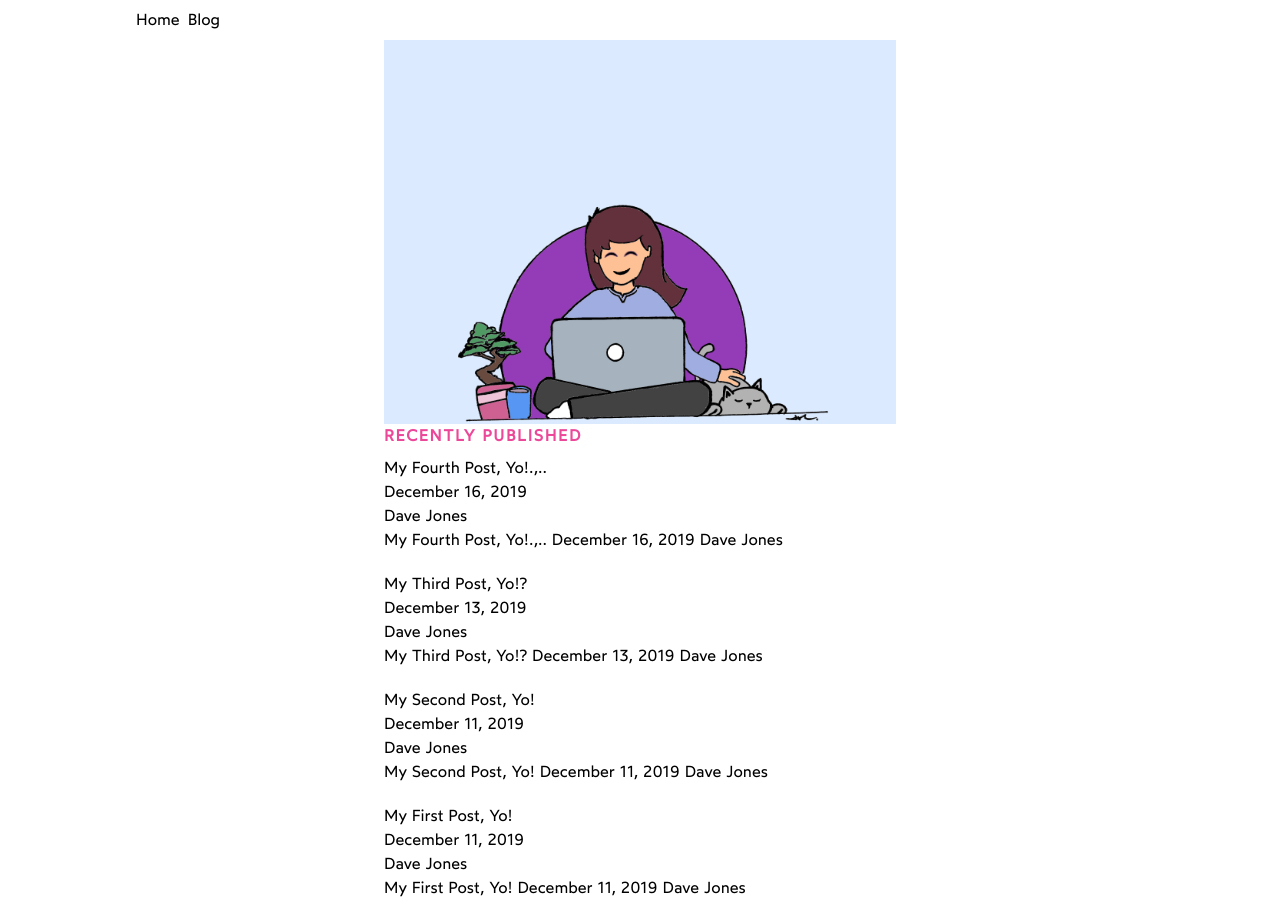
Repository: Risclover/markdown-blog
Page: /
The author's editor kept a copy of each file at every save. The page is drawn from the files as they stood at one save, then again after the next save.
The browser window is 1280 px wide. The pictures show the whole page.
The project was rebuilt for these pictures with package versions that can differ from the ones it lists, and the page was loaded fresh each time.

Above is the page before, as saved 2023-06-28 10:24:53.

### src/index.js
import React from "react";
import ReactDOM from "react-dom/client";
import { BrowserRouter as Router } from "react-router-dom";
import "./fonts/wotfard-cufonfonts-webfont/style.css";

import "./index.css";
import App from "./App";

const root = ReactDOM.createRoot(document.getElementById("root"));
root.render(
  <Router>
    <App />
  </Router>
);

### src/fonts/wotfard-cufonfonts-webfont/style.css
/* #### Generated By: http://www.cufonfonts.com #### */

    @font-face {
    font-family: 'Wotfard Regular';
    font-style: normal;
    font-weight: normal;
    src: local('Wotfard Regular'), url('Wotfard-Regular.woff') format('woff');
    }

### src/index.css
*,
*::before,
*::after {
  box-sizing: border-box;
}
* {
  margin: 0;
}
body {
  line-height: 1.5;
  min-height: 100vh;
  -webkit-font-smoothing: antialiased;
}
img,
picture,
video,
canvas,
svg {
  display: block;
  max-width: 100%;
}
input,
button,
textarea,
select {
  font: inherit;
}
p,
h1,
h2,
h3,
h4,
h5,
h6 {
  overflow-wrap: break-word;
}
#root,
#__next {
  isolation: isolate;
}

### src/App.js
import "./App.css";
import { Route, Routes } from "react-router-dom";
import Home from "./pages/Home";
import NavBar from "./components/NavBar";

function App() {
  return (
    <div className="bg-white-100 min-h-screen">
      <div className="max-w-screen-lg m-auto">
        <header>
          <NavBar />
        </header>
        <Routes>
          <Route path="/" element={<Home />} />
        </Routes>
      </div>
    </div>
  );
}

export default App;

### src/pages/Home.js
import React, { useEffect } from "react";
import postList from "../posts.json";
import HomeHeader from "../components/HomeHeader";

export default function Home() {
  console.log(postList);

  postList.sort((a, b) => {
    let aPost = a.timestamp;
    let bPost = b.timestamp;

    return bPost - aPost;
  });

  return (
    <div className="container max-w-lg font-sans mx-auto border-black-4">
      <HomeHeader />
      <h2 className="uppercase text-base font-semibold tracking-widest text-pink-500">
        Recently Published
      </h2>
      <div className="grid grid-cols-1 gap-1 grid-flow-row ">
        {postList.map((post) => (
          <div key={post.id} className="container py-2 bg-white">
            <div>{post.title}</div>
            <div>{post.date}</div>
            <div>{post.author}</div>
            {post.title} {post.date} {post.author}
          </div>
        ))}
      </div>
    </div>
  );
}

### src/components/NavBar.js
import React from "react";

export default function NavBar() {
  return (
    <div className="py-2">
      <ul className="flex">
        <li className="mx-2">Home</li>
        <li>Blog</li>
      </ul>
    </div>
  );
}

### src/posts.json
[{"id":4,"title":"My Third Post, Yo!?","subtitle":"No subtitle given","description":"No description given","author":"Dave Jones","date":"December 13, 2019","timestamp":1576224000,"content":"\nWelcome to My Blog. _It's a beautiful thing._ I hope you'll have as much fun reading my posts as I have writing them. Well, before we go any further, allow me to introduce myself. I'm Dave Jones. I'm 34, and from Montreal, Canada.\n"},{"id":3,"title":"My Second Post, Yo!","subtitle":"No subtitle given","description":"No description given","author":"Dave Jones","date":"December 11, 2019","timestamp":1576051200,"content":"\nWelcome to My Blog. _It's a beautiful thing._ I hope you'll have as much fun reading my posts as I have writing them. Well, before we go any further, allow me to introduce myself. I'm Dave Jones. I'm 34, and from Montreal, Canada.\n"},{"id":2,"title":"My Fourth Post, Yo!.,..","subtitle":"No subtitle given","description":"No description given","author":"Dave Jones","date":"December 16, 2019","timestamp":1576483200,"content":"\nWelcome to My Blog. _It's a beautiful thing._ I hope you'll have as much fun reading my posts as I have writing them. Well, before we go any further, allow me to introduce myself. I'm Dave Jones. I'm 34, and from Montreal, Canada.\n"},{"id":1,"title":"My First Post, Yo!","subtitle":"This is a subtitle.","description":"Happy Pride month! In this tutorial, I'll share a handful of my favourite animation tricks. You'll learn how to build an animated wavy pride flag using CSS keyframes and linear gradients. We'll also see how to make it dynamic using React. 🏳️‍🌈","author":"Dave Jones","date":"December 11, 2019","timestamp":1576051200,"content":"\nWelcome to My Blog. _It's a beautiful thing._ I hope you'll have as much fun reading my posts as I have writing them. Well, before we go any further, allow me to introduce myself. I'm Dave Jones. I'm 34, and from Montreal, Canada.\n"}]

### src/components/HomeHeader.js
import React from "react";
import Avatar from "../images/avatar.png";
export default function HomeHeader() {
  return (
    <div className="h-96 bg-blue-100 flex flex-col justify-end">
      <div>
        <img className="w-9/12 m-auto border-black-4" src={Avatar} />
      </div>
    </div>
  );
}

### tailwind.config.js
/** @type {import('tailwindcss').Config} */
module.exports = {
  content: [
    "./app/**/*.{js,ts,jsx,tsx,mdx}",
    "./pages/**/*.{js,ts,jsx,tsx,mdx}",
    "./components/**/*.{js,ts,jsx,tsx,mdx}",

    // Or if using `src` directory:
    "./src/**/*.{js,ts,jsx,tsx,mdx}",
  ],
  theme: {
    fontFamily: {
      sans: ["Wotfard Regular", "sans-serif"],
    },
    extend: {},
  },
  plugins: [],
};

Loaded but not shown: public/index.html (common file); src/App.css (common file)

After the next save:
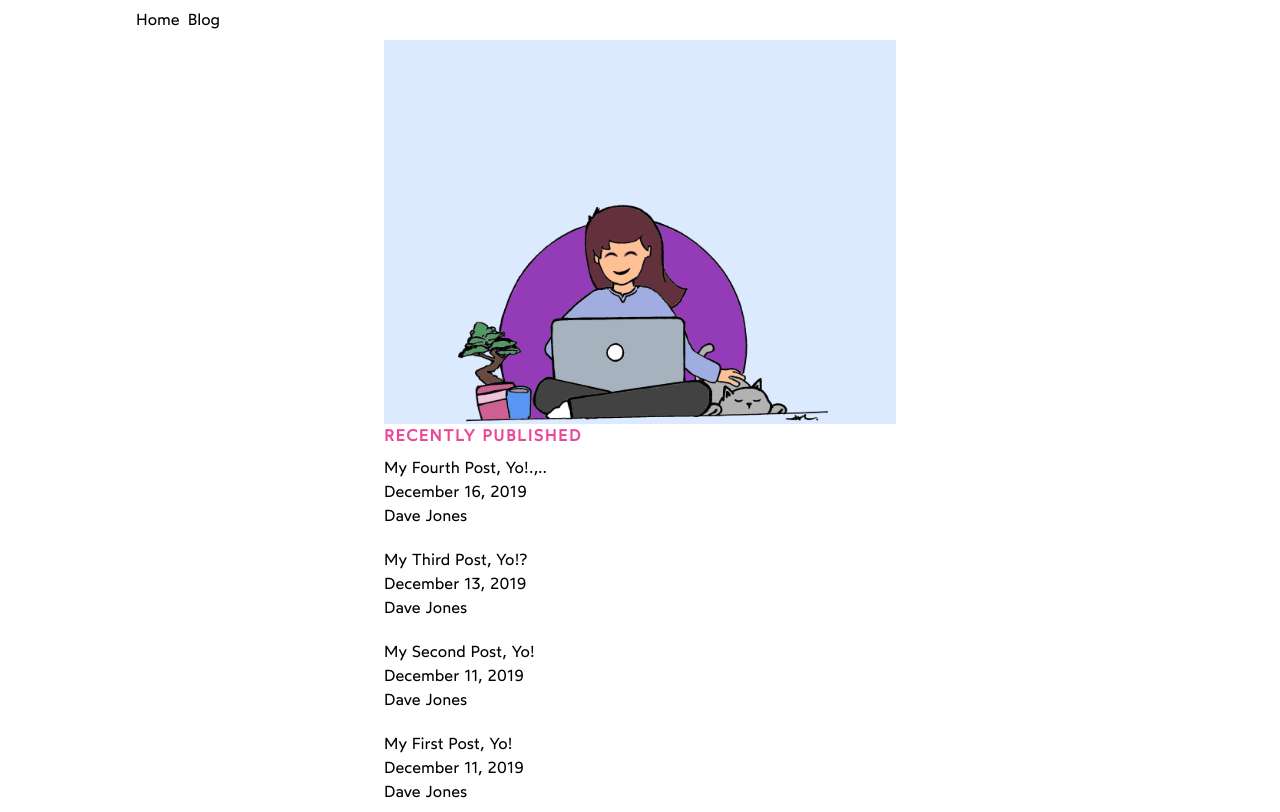
Saved 4 s later.
--- a/src/pages/Home.js
+++ b/src/pages/Home.js
@@ -24,7 +24,6 @@ export default function Home() {
             <div>{post.title}</div>
             <div>{post.date}</div>
             <div>{post.author}</div>
-            {post.title} {post.date} {post.author}
           </div>
         ))}
       </div>
